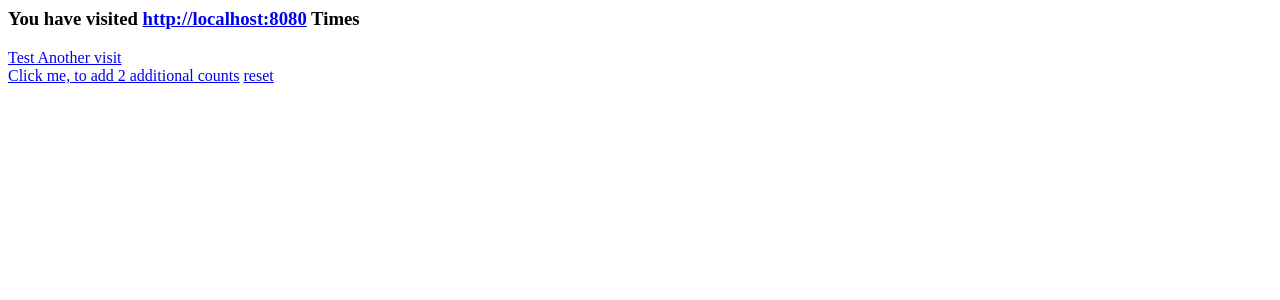
Repository: GodwinYeboah1/Java-Assignment-
Page: http://localhost/SessionPlay/WEB-INF/newPage.jsp
The author's editor kept a copy of each file at every save. The page is drawn from the files as they stood at one save, then again after the next save.
The browser window is 1280 px wide. The pictures show the whole page.
The page is served by Tomcat 9. Nobody is signed in. Other server files are loaded and not shown. The template is opened directly, without the code that normally fills it, so the values that code supplies are empty.

Above is the page before, as saved 2018-03-12 03:19:21.

### SpringIntro/springProjects/SessionPlay/src/main/webapp/WEB-INF/newPage.jsp
<%@ taglib prefix = "c" uri = "http://java.sun.com/jsp/jstl/core" %>
<!-- message on top  -->
<h3>You have visited <a href= "/">http://localhost:8080</a> <c:out  value= "${count}"/> Times </h3>

<!-- back to the home page  -->
<a href="/">Test Another visit</a> <br>

<!-- add 2  -->
<a href="/counter2">Click me, to add 2 additional counts</a>

<!-- reset set button  -->
<a href="/reset">reset </a>

After the next save:
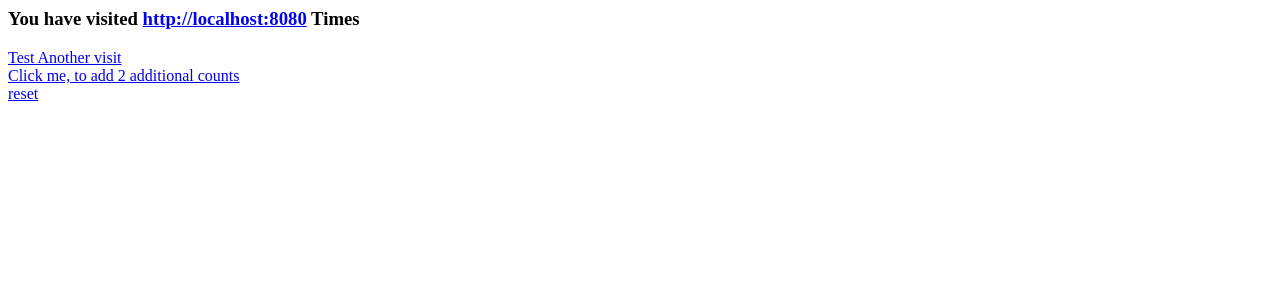
Saved 39 s later.
--- a/SpringIntro/springProjects/SessionPlay/src/main/webapp/WEB-INF/newPage.jsp
+++ b/SpringIntro/springProjects/SessionPlay/src/main/webapp/WEB-INF/newPage.jsp
@@ -6,7 +6,7 @@
 <a href="/">Test Another visit</a> <br>
 
 <!-- add 2  -->
-<a href="/counter2">Click me, to add 2 additional counts</a>
+<a href="/counter2">Click me, to add 2 additional counts</a> <br>
 
 <!-- reset set button  -->
 <a href="/reset">reset </a>
